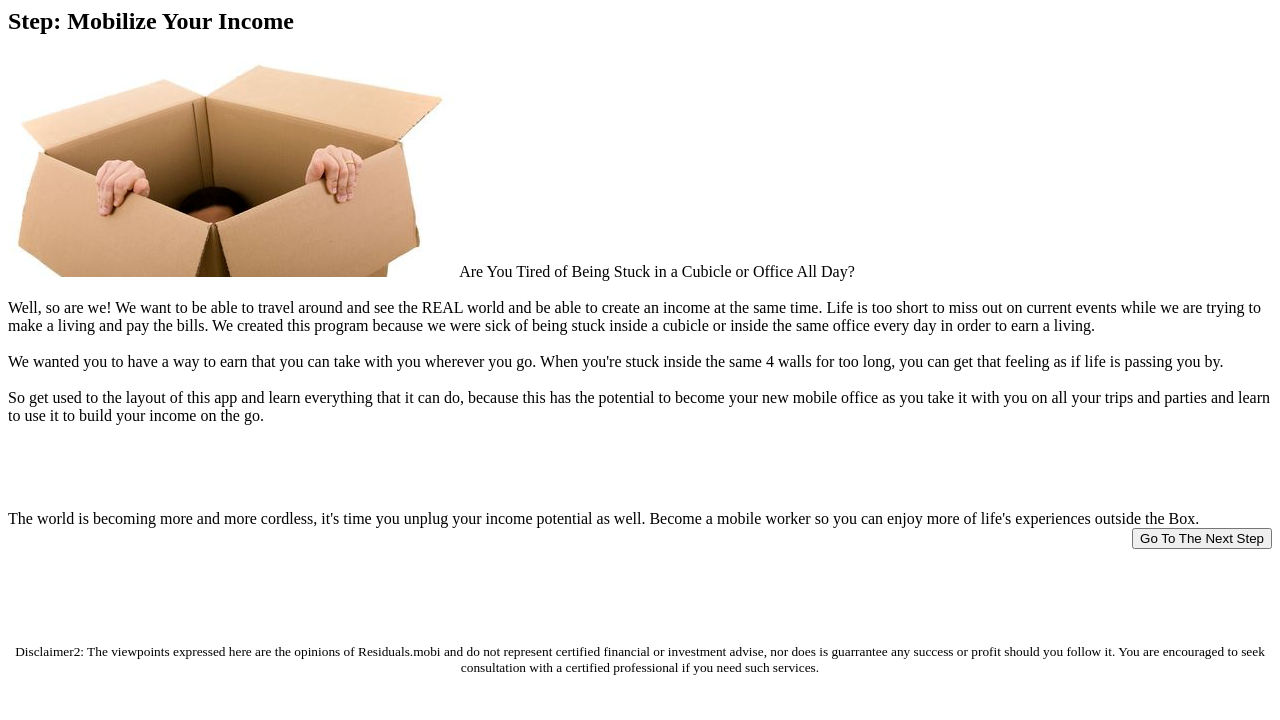
Repository: DevZubair/Danh-App
Page: www/templates/steps-mobilize.html
The author's editor kept a record of every edit. The page is drawn from the files as they stood at one moment, then again after the next edit.
The browser window is 1280 px wide. The pictures show the whole page.

Above is the page before.

### www/templates/steps-mobilize.html
<!--<ion-view view-title="Mobilize">
  <ion-content>-->

 <div class="padding">
    <div class="item item-divider item-balanced" >
      <h2 class="text-white">Step: Mobilize Your Income</h2>
    </div>

    <div class="item item-text-wrap white-box">
      <div class="row">
        <div class="col">
          <img src="img/boxed.png" class="images-left-50"></img>
          <span class="subtitle">Are You Tired of Being Stuck in a Cubicle or Office All Day?</span><br><br>

          Well, so are we!  We want to be able to travel around and see the REAL world and be able to create an income at the same time.  Life is too short to miss out on current events while we are trying to make a living and pay the bills.

          We created this program because we were sick of being stuck inside a cubicle or inside the same office every day in order to earn a living.<br><br>
          We wanted you to have a way to earn that you can take with you wherever you go.  When you're stuck inside the same 4 walls for too long, you can get that feeling as if life is passing you by.<br><br>

          So get used to the layout of this app and learn everything that it can do, because this has the potential to become your new mobile office as you take it with you on all your trips and parties and learn to use it to build your income on the go.<br><br>


        </div>
      </div>


    </div>


    <div class="item item-divider item-balanced" >
     <h2 style="color:white">Lesson:</h2>
    </div>

    <div class="item item-text-wrap">
       The world is becoming more and more cordless, it's time you unplug your income potential as well. Become a mobile worker so you can enjoy more of life's experiences outside the Box.
    </div>
  </div>

  <div class="padding" style="height:100px">
    <button class="button button-balanced" style="float:right" ng-click="unlockNextPage('stepsOrigins')">Go To The Next Step</button>
  </div>

  <div class="padding">
    <p style="text-align:center"><small>Disclaimer2: The viewpoints expressed here are the opinions of Residuals.mobi and do not represent certified financial or investment advise, nor does is guarrantee any success or profit should you follow it.  You are encouraged to seek consultation with a certified professional if you need such services.</small></p>
  </div>

<!--  </ion-content>
</ion-view>-->

After the next edit:
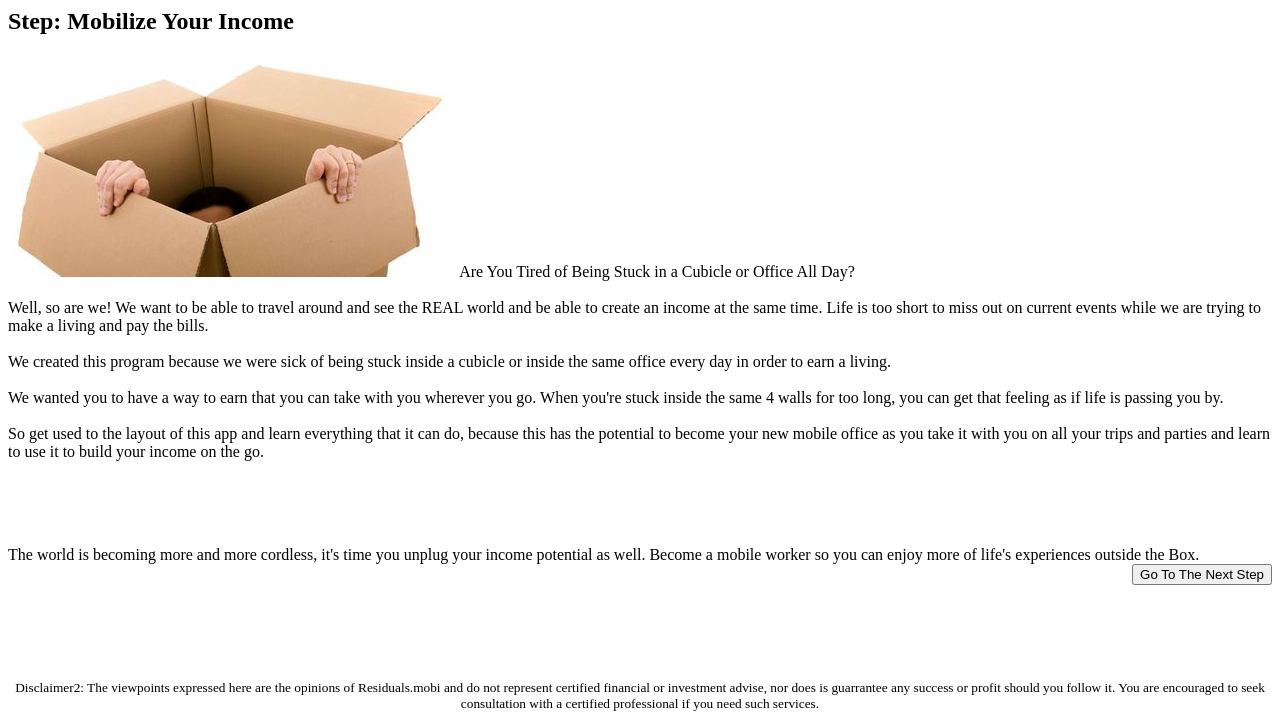
The edit:
--- a/www/templates/steps-mobilize.html
+++ b/www/templates/steps-mobilize.html
@@ -12,7 +12,7 @@
           <img src="img/boxed.png" class="images-left-50"></img>
           <span class="subtitle">Are You Tired of Being Stuck in a Cubicle or Office All Day?</span><br><br>
 
-          Well, so are we!  We want to be able to travel around and see the REAL world and be able to create an income at the same time.  Life is too short to miss out on current events while we are trying to make a living and pay the bills.
+          Well, so are we!  We want to be able to travel around and see the REAL world and be able to create an income at the same time.  Life is too short to miss out on current events while we are trying to make a living and pay the bills.<br><br>
 
           We created this program because we were sick of being stuck inside a cubicle or inside the same office every day in order to earn a living.<br><br>
           We wanted you to have a way to earn that you can take with you wherever you go.  When you're stuck inside the same 4 walls for too long, you can get that feeling as if life is passing you by.<br><br>
